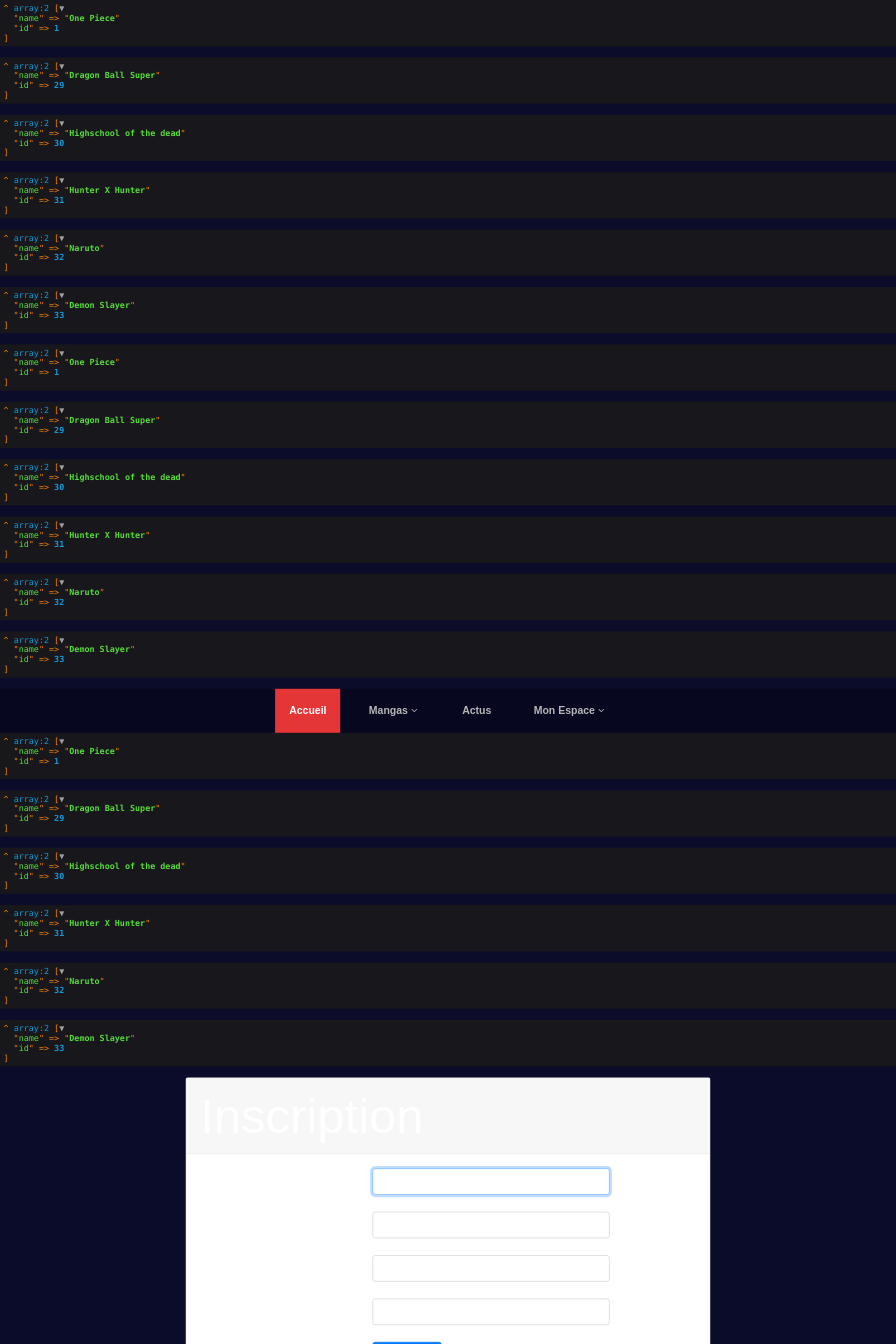
Repository: Codesieg/Chromatique
Page: http://localhost/register
These files come from the project's save history. The page is drawn as it stood at one moment and after the next save; the edit follows.
The browser window is 1280 px wide. The pictures show the part of the page from y = 0 to 1920 px (the page is 2699 px tall before and 3203 px after), at 70% of full size.
Some web fonts or font styles are not loaded; a fallback is used. The page is served by the project's Laravel application, run on PHP 8.4 with Laravel 8. Other server files are loaded and not shown. The database holds what the project's SQL file puts in it.

Above is the page before, as saved 2022-04-03 20:11:09.

### chromatique/app/Providers/AppServiceProvider.php
<?php

namespace App\Providers;

use App\Models\Mangas;
use Illuminate\Support\Facades\Schema;
use Illuminate\Support\Facades\View;
use Illuminate\Support\ServiceProvider;


class AppServiceProvider extends ServiceProvider
{
    /**
     * Register any application services.
     *
     * @return void
     */
    public function register()
    {
        //
    }

    /**
     * Bootstrap any application services.
     *
     * @return void
     */
    public function boot()
    {
        Schema::defaultStringLength(191);
        View::composer('*', function ($view) {

        $listManga = Mangas::select('id', 'manga_name')->get();
// dd($listManga);
        $listMangaName = [];
        foreach ($listManga as $manga) {
            $listMangaName["name"] = str_replace(array("_", "'", "-"), ' ', $manga->manga_name);
            $listMangaName["id"] = $manga->id;
            dump($listMangaName);
        }
// dd($listMangaName);
            $view->with('listMangasName', $listMangaName);
        });
    }
}

### chromatique/routes/web.php
<?php

use Illuminate\Support\Facades\Route;
use App\Http\Controllers\PagesController;
use App\Http\Controllers\TomesController;
use App\Http\Controllers\MangasController;
// use App\Http\Controllers\Auth\LoginController;
use App\Http\Controllers\Admin\AdminTomesController;
use App\Http\Controllers\Admin\AdminMangasController;
/*
|--------------------------------------------------------------------------
| Web Routes
|--------------------------------------------------------------------------
|
| Here is where you can register web routes for your application. These
| routes are loaded by the RouteServiceProvider within a group which
| contains the "web" middleware group. Now create something great!
|
*/
//-------------- Route front ----------------

Route::get(
    '/',
    [MangasController::class, 'browse']
)->name('browse_mangas');

Route::get(
    '/tome/browse/{id}',
    [TomesController::class,'browse']
)->name('browse_tomes');

Route::get(
    '/tome/page/{id}',
    [PagesController::class,'read']
)->name('browse_pages');


//-------------- Route back-office manga ----------------

Route::get(
    '/admin',
    [AdminMangasController::class, 'browse']
)->name('admin_browse_mangas')->middleware('auth');

// Route affichant le formulaire d'ajout d'un manga
Route::get(
    '/admin/add/manga',
    [AdminMangasController::class, 'form']
)->name('admin_form_manga')->middleware('auth');

//  Route ajoutant le manga, au clique sur le formulaire
Route::post(
    '/admin/add/manga',
    [AdminMangasController::class, 'add']
)->name('admin_add_manga')->middleware('auth');

// Supprimer un manga
Route::delete(
    '/admin/delete/{id}',
    [AdminMangasController::class, 'delete']
)->name('admin_delete_manga')->middleware('auth');

//  Route qui vient scanner le dossier publique au clique sur le bouton scanner
Route::post(
    '/admin/insert',
    [AdminMangasController::class, 'insert']
)->name('admin_insert_manga')->middleware('auth');

// Permet d'afficher le forms de modification d'un manga
Route::get(
    '/admin/manga/edit/{id}',
    [AdminMangasController::class, 'form_edit']
)->name('admin_form_edit_manga')->middleware('auth');

// Permet d'enregistrer les modifications d'un manga
Route::post(
    '/admin/manga/edit/{id}',
    [AdminMangasController::class, 'edit']
)->name('admin_edit_manga')->middleware('auth');

//-------------- Route back-office tome ----------------

// On récupère l'id du manga sur cette route et on affiche le formulaire d'ajout d'un tome par rapport à ça franchise
Route::get(
    '/admin/add/tome/{id}',
    [AdminTomesController::class, 'form']
)->name('admin_form_tome')->middleware('auth');

// On ajoute un tome
Route::post(
    '/admin/add/tome',
    [AdminTomesController::class, 'add']
)->name('admin_add_tome')->middleware('auth');

// On liste tous les tomes de tous les mangas
Route::get(
    '/admin/tome/',
    [AdminTomesController::class, 'browse']
)->name('admin_browse_tomes')->middleware('auth');

// On liste tous les tomes d'un manga
Route::get(
    '/admin/tome/{id}',
    [AdminTomesController::class, 'read']
)->name('admin_read_tome')->middleware('auth');

// Permet de supprimer un tome
Route::delete(
    '/admin/delete/tome/{id}',
    [AdminTomesController::class, 'delete']
)->name('admin_delete_tome')->middleware('auth');

// Permet de modifier un tome
Route::get(
    '/admin/tome/edit/{id}',
    [AdminTomesController::class, 'edit']
)->name('admin_edit_tome')->middleware('auth');

// ---------------route d'authentification------------

// Route::get('/', function () {
//     return view('welcome');
// });

Route::get('/dashboard', function () {
    return view('dashboard');
})->middleware(['auth'])->name('dashboard');

require __DIR__.'/auth.php';

### chromatique/app/Models/Mangas.php
<?php

namespace App\Models;

use Illuminate\Database\Eloquent\Factories\HasFactory;
use Illuminate\Database\Eloquent\Model;

class Mangas extends Model
{
    use HasFactory;
    protected $fillable = [
        'manga_name',
        'manga_cover',
        'author',
        'synopsis',
        'manga_banner',
        'manga_directory',
        'manga_home_order',
        'uploader_id',
    ];

    /**
     * Get the tomes for the manga.
     */
    public function tomes()
    {
        return $this->hasMany(Tomes::class);
    }

}

### chromatique/resources/views/auth/register.blade.php
@extends('layout')

@section('contenu')
<div class="container">
    <div class="row justify-content-center">
        <div class="col-md-8">
            <div class="card">
                <h1 class="card-header white">{{ __('Inscription') }}</h1>

                <div class="card-body">
                    <form method="POST" action="{{ route('register') }}">
                        @csrf

                        <div class="form-group row">
                            <label for="name" class="col-md-4 col-form-label text-md-right white mt-2">{{ __('Pseudo') }}</label>

                            <div class="col-md-6">
                                <input id="name" type="text" class="form-control @error('name') is-invalid @enderror" name="name" value="{{ old('name') }}" required autocomplete="name" autofocus>

                                @error('name')
                                    <span class="invalid-feedback" role="alert">
                                        <strong>{{ $message }}</strong>
                                    </span>
                                @enderror
                            </div>
                        </div>

                        <div class="form-group row">
                            <label for="email" class="col-md-4 col-form-label text-md-right white mt-2">{{ __('E-Mail') }}</label>

                            <div class="col-md-6">
                                <input id="email" type="email" class="form-control @error('email') is-invalid @enderror" name="email" value="{{ old('email') }}" required autocomplete="email">

                                @error('email')
                                    <span class="invalid-feedback" role="alert">
                                        <strong>{{ $message }}</strong>
                                    </span>
                                @enderror
                            </div>
                        </div>

                        <div class="form-group row">
                            <label for="password" class="col-md-4 col-form-label text-md-right white mt-2">{{ __('Password') }}</label>

                            <div class="col-md-6">
                                <input id="password" type="password" class="form-control @error('password') is-invalid @enderror" name="password" required autocomplete="new-password">

                                @error('password')
                                    <span class="invalid-feedback" role="alert">
                                        <strong>{{ $message }}</strong>
                                    </span>
                                @enderror
                            </div>
                        </div>

                        <div class="form-group row">
                            <label for="password-confirm" class="col-md-4 col-form-label text-md-right white mt-2">{{ __('Confirm Password') }}</label>

                            <div class="col-md-6">
                                <input id="password-confirm" type="password" class="form-control" name="password_confirmation" required autocomplete="new-password">
                            </div>
                        </div>

                        <div class="form-group row mb-0">
                            <div class="col-md-6 offset-md-4">
                                <button type="submit" class="btn btn-primary">
                                    {{ __('Inscription') }}
                                </button>
                            </div>
                        </div>
                    </form>
                </div>
            </div>
        </div>
    </div>
</div>
@endsection

### chromatique/resources/views/layout.blade.php
<!DOCTYPE html>
<html lang="french">

<head>
    <meta charset="UTF-8">
    <meta name="description" content="Chromatique team">
    <meta name="keywords" content="Manga, unica, creative, html">
    <meta name="viewport" content="width=device-width, initial-scale=1.0">
    <meta http-equiv="X-UA-Compatible" content="ie=edge">
    <title>Chromatique</title>

    <!-- Google Font -->
    <link href="https://fonts.googleapis.com/css2?family=Oswald:wght@300;400;500;600;700&display=swap" rel="stylesheet">
    <link href="https://fonts.googleapis.com/css2?family=Mulish:wght@300;400;500;600;700;800;900&display=swap"
    rel="stylesheet">

    <!-- Css Styles -->
    <link rel="stylesheet" href=<?= asset('assets/css/bootstrap.min.css') ?> type="text/css">
    <link rel="stylesheet" href=<?= asset('assets/css/font-awesome.min.css') ?> type="text/css">
    <link rel="stylesheet" href=<?= asset('assets/css/elegant-icons.css') ?> type="text/css">
    <link rel="stylesheet" href=<?= asset('assets/css/plyr.css') ?> type="text/css">
    <link rel="stylesheet" href=<?= asset('assets/css/nice-select.css') ?> type="text/css">
    <link rel="stylesheet" href=<?= asset('assets/css/owl.carousel.min.css') ?> type="text/css">
    <link rel="stylesheet" href=<?= asset('assets/css/slicknav.min.css') ?> type="text/css">
    <link rel="stylesheet" href=<?= asset('assets/css/style.css') ?> type="text/css">
</head>
<!-- Page Preloder -->
<div id="preloder">
    <div class="loader"></div>
</div>

    <!-- Header Section Begin -->
    <header class="header">
        <div class="container">
            <div class="row">
                <div class="col-lg-2">
                    <div class="header__logo">
                        <a href="{{route('browse_mangas')}}">
                            <img src="img/logo.png" alt="">
                        </a>
                    </div>
                </div>
                <div class="col-lg-8">
                    <div class="header__nav">
                        <nav class="header__menu mobile-menu">
                            <ul>
                                <li class="active"><a href="{{route('browse_mangas')}}">Accueil</a></li>
                                <li><a>Mangas<span class="arrow_carrot-down"></span></a>
                                    <ul class="dropdown">
                                        @foreach($listMangasName as $manga)
                                        <li><a href="tome/browse/"></a></li>
                                    @endforeach
                                    </ul>
                                </li>
                                <li><a href="">Actus</a></li>
                                {{-- <li><a href="#">Contacts</a></li> --}}
                                {{-- <a href="#" class="search-switch"><span class="icon_search"></span></a> --}}
                                <li><a>Mon Espace<span class="arrow_carrot-down"></span></a>
                                    <ul class="dropdown">
                                        @if (!Auth::check())
                                        <li><a href="{{route('login')}}">Connexion</a></li>
                                            <li><a href="{{route('register')}}">Inscription</a></li>
                                        @else
                                        <li>
                                            <a href="{{ route('logout') }}"
                                            onclick="event.preventDefault();
                                                                document.getElementById('logout-form').submit();">
                                                {{ __('Deconnexion') }}
                                            </a>
                                            <form id="logout-form" action="{{ route('logout') }}" method="POST" style="display: none;">
                                                @csrf
                                            </form>
                                            @endif
                                        </li>

                                        @if (Auth::check())
                                        <li><a href="{{route('admin_browse_mangas')}}">Gestion Manga</a></li>
                                        <li><a href="{{route('admin_browse_tomes')}}">Gestion Tome</a></li>
                                        <li><a href="">Gestion des utilisateur</a></li>
                                        @endif
                                    </ul>
                                </li>
                            </ul>
                        </nav>
                    </div>
                </div>
            </div>
            <div id="mobile-menu-wrap"></div>
        </div>
    </header>
    <!-- Header End -->
<body>
    <!-- wrap -->
    @include('layouts/flash-message')
    <div class="wrapper">

    @yield('contenu')
    </div>


</body>
@include('layouts/footer')


<script src="https://cdn.jsdelivr.net/npm/bootstrap@5.0.0-beta3/dist/js/bootstrap.bundle.min.js" integrity="sha384-JEW9xMcG8R+pH31jmWH6WWP0WintQrMb4s7ZOdauHnUtxwoG2vI5DkLtS3qm9Ekf" crossorigin="anonymous"></script>
<!-- Js Plugins -->
<script src="<?= asset('assets/js/jquery-3.3.1.min.js') ?>"></script>
<script src="<?= asset('assets/js/bootstrap.min.js') ?>"></script>
<script src="<?= asset('assets/js/player.js') ?>"></script>
<script src="<?= asset('assets/js/jquery.nice-select.min.js') ?>"></script>
<script src="<?= asset('assets/js/mixitup.min.js') ?>"></script>
<script src="<?= asset('assets/js/jquery.slicknav.js') ?>"></script>
<script src="<?= asset('assets/js/owl.carousel.min.js') ?>"></script>
<script src="<?= asset('assets/js/main.js') ?>"></script>
</html>

### chromatique/resources/views/layouts/flash-message.blade.php
@if ($message = Session::get('success'))
<div class="alert alert-success alert-block ">
        <strong>{{ $message }}</strong>
</div>
@endif


@if ($message = Session::get('error'))
<div class="alert alert-danger alert-block ">
        <strong>{{ $message }}</strong>
</div>
@endif


@if ($message = Session::get('warning'))
<div class="alert alert-warning alert-block">
	<strong>{{ $message }}</strong>
</div>
@endif


@if ($message = Session::get('info'))
<div class="alert alert-info alert-block ">
	<strong>{{ $message }}</strong>
</div>
@endif


@if ($errors->any())
<div class="alert alert-danger ">
    Please check the form below for errors
</div>
@endif

### chromatique/resources/views/layouts/footer.blade.php
<!-- Footer Section Begin -->
<footer class="footer">
    <div class="page-up">
        <a href="#" id="scrollToTopButton"><span class="arrow_carrot-up"></span></a>
    </div>
    <div class="container">
        <div class="row">
            <div class="col-lg-3">
                <div class="footer__logo">
                    <a href="./index.html"><img src="" alt=""></a>
                </div>
            </div>
            <div class="col-lg-6">
                <div class="footer__nav">
                    <ul>
                        <li class="active"><a href="{{route('browse_mangas')}}">Accueil</a></li>
                        <li><a href="{{route('browse_mangas')}}">Mangas</a></li>
                        <li><a href="">Actus</a></li>
                    </ul>
                </div>
            </div>
            <div class="col-lg-3">
                <p><!-- Link back to Colorlib can't be removed. Template is licensed under CC BY 3.0. -->
                Copyright &copy;<script>document.write(new Date().getFullYear());</script> All rights reserved | This template is made with <i class="fa fa-heart" aria-hidden="true"></i> by <a href="https://colorlib.com" target="_blank">Colorlib</a>
                Modified By <a href="http://chromatique.codesieg.fr">Codesieg </a>for Chromatique
                <!-- Link back to Colorlib can't be removed. Template is licensed under CC BY 3.0. --></p>

            </div>
        </div>
    </div>
</footer>
<!-- Footer Section End -->

### Docs/chromatique.sql (the tables this page reads)
CREATE TABLE IF NOT EXISTS `mangas` (
  `id` int(10) UNSIGNED NOT NULL AUTO_INCREMENT,
  `manga_name` varchar(45) DEFAULT NULL COMMENT 'Nom du manga',
  `author` varchar(45) DEFAULT NULL COMMENT 'Auteur du manga',
  `synopsis` mediumtext COMMENT 'Résumé du manga',
  `manga_jacket` varchar(255) NOT NULL COMMENT 'Couverture du manga',
  `manga_banner` varchar(45) DEFAULT NULL COMMENT 'bannière de page du manga',
  `manga_directory` varchar(60) DEFAULT NULL,
  `home_order` int(11) DEFAULT '0',
  `created_at` timestamp NULL DEFAULT NULL,
  `updated_at` timestamp NULL DEFAULT NULL,
  `users_id` int(10) UNSIGNED NOT NULL,
  `chapter_id` int(11) NOT NULL,
  PRIMARY KEY (`id`,`users_id`),
  UNIQUE KEY `id_UNIQUE` (`id`),
  KEY `fk_mangas_users1_idx` (`users_id`)
) ENGINE=InnoDB AUTO_INCREMENT=34 DEFAULT CHARSET=utf8;

INSERT INTO `mangas` (`id`, `manga_name`, `author`, `synopsis`, `manga_jacket`, `manga_banner`, `manga_directory`, `home_order`, `created_at`, `updated_at`, `users_id`, `chapter_id`) VALUES
(1, 'One Piece', NULL, NULL, '/tome_93/tome-93.jpg', NULL, '/One_Piece', 0, '2021-04-02 22:00:00', NULL, 1, 0),
(29, 'Dragon Ball Super', NULL, NULL, '/Dragon Ball Super/Dragon Ball Super.jpg', NULL, NULL, 0, '2021-04-18 14:55:32', '2021-04-18 14:55:32', 1, 0),
(30, 'Highschool of the dead', NULL, NULL, '/Highschool of the dead/Highschool of the dead.jpg', NULL, NULL, 0, '2021-04-18 14:56:57', '2021-04-18 14:56:57', 1, 0),
(31, 'Hunter X Hunter', NULL, NULL, '/Hunter X Hunter/Hunter X Hunter.jpg', NULL, NULL, 0, '2021-04-18 14:57:26', '2021-04-18 14:57:26', 1, 0),
(32, 'Naruto', NULL, NULL, '/Naruto/Naruto.jpg', NULL, NULL, 0, '2021-04-18 15:02:12', '2021-04-18 15:02:12', 1, 0),
(33, 'Demon Slayer', NULL, NULL, '/Demon Slayer/Demon Slayer.jpg', NULL, NULL, 0, '2021-04-18 15:02:30', '2021-04-18 15:02:30', 1, 0);

ALTER TABLE `mangas`
  ADD CONSTRAINT `fk_mangas_users1` FOREIGN KEY (`users_id`) REFERENCES `users` (`id`) ON DELETE NO ACTION ON UPDATE NO ACTION;

Loaded but not shown: chromatique/routes/auth.php (common file); chromatique/app/Http/Controllers/Auth/RegisteredUserController.php (common file); chromatique/app/Http/Controllers/Controller.php (common file); chromatique/public/assets/css/bootstrap.min.css (library); chromatique/public/assets/css/font-awesome.min.css (library); chromatique/public/assets/css/plyr.css (library); chromatique/public/assets/css/nice-select.css (common file); chromatique/public/assets/css/owl.carousel.min.css (library); chromatique/public/assets/css/slicknav.min.css (common file); chromatique/public/assets/js/jquery-3.3.1.min.js (library); chromatique/public/assets/js/bootstrap.min.js (library); chromatique/public/assets/js/player.js (library); chromatique/public/assets/js/jquery.nice-select.min.js (common file); chromatique/public/assets/js/mixitup.min.js (library); chromatique/public/assets/js/jquery.slicknav.js (library); chromatique/public/assets/js/owl.carousel.min.js (library); chromatique/public/assets/js/main.js (101 lines, source omitted); chromatique/public/assets/css/style.css (2407 lines, source omitted); chromatique/public/assets/css/elegant-icons.css (1157 lines, source omitted)

After the next save:
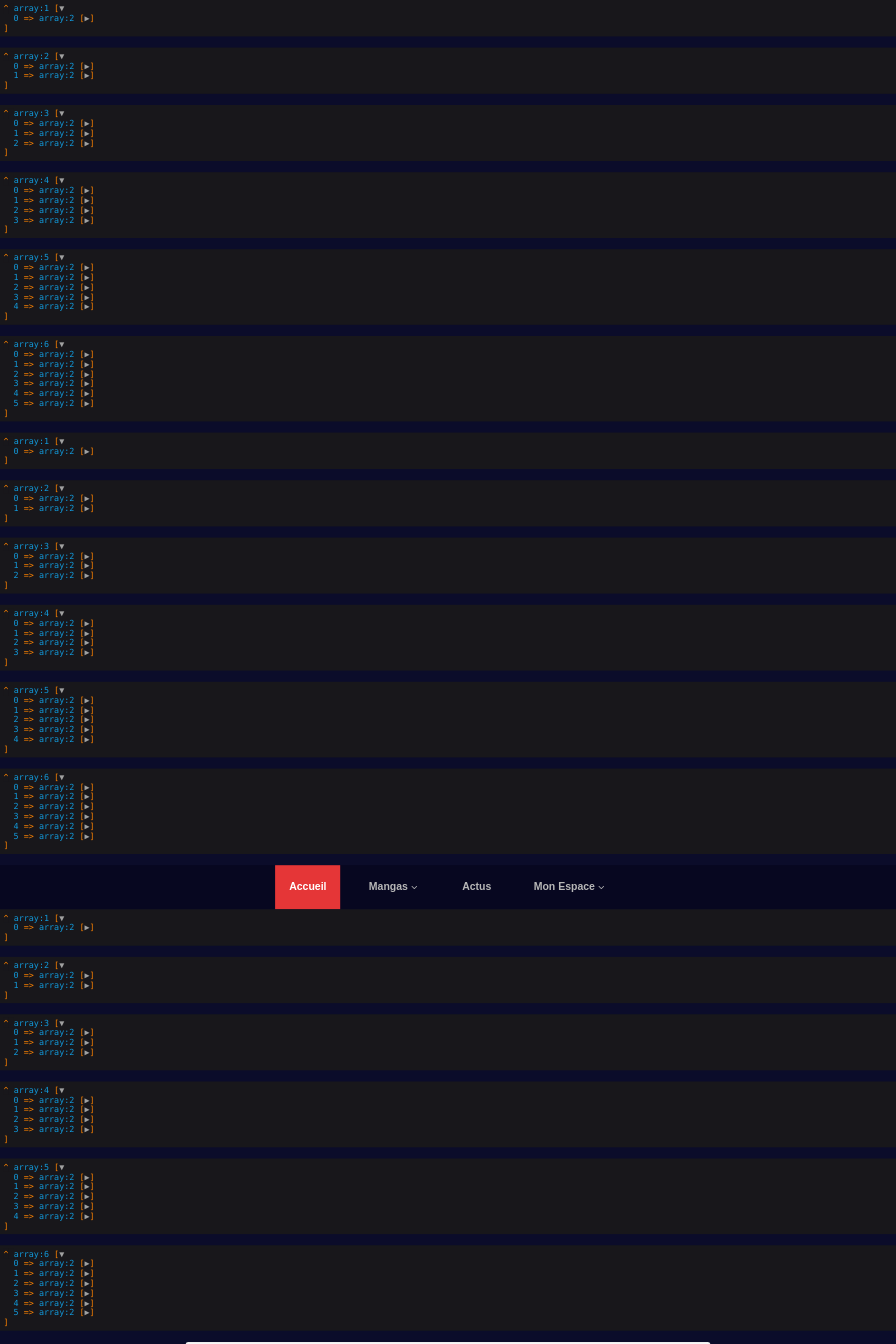
Saved 4 min 34 s later.
--- a/chromatique/app/Providers/AppServiceProvider.php
+++ b/chromatique/app/Providers/AppServiceProvider.php
@@ -33,9 +33,9 @@ class AppServiceProvider extends ServiceProvider
         $listManga = Mangas::select('id', 'manga_name')->get();
 // dd($listManga);
         $listMangaName = [];
-        foreach ($listManga as $manga) {
-            $listMangaName["name"] = str_replace(array("_", "'", "-"), ' ', $manga->manga_name);
-            $listMangaName["id"] = $manga->id;
+        foreach ($listManga as $key => $manga) {
+            $listMangaName[$key]["name"] = str_replace(array("_", "'", "-"), ' ', $manga->manga_name);
+            $listMangaName[$key]["id"] = $manga->id;
             dump($listMangaName);
         }
 // dd($listMangaName);
